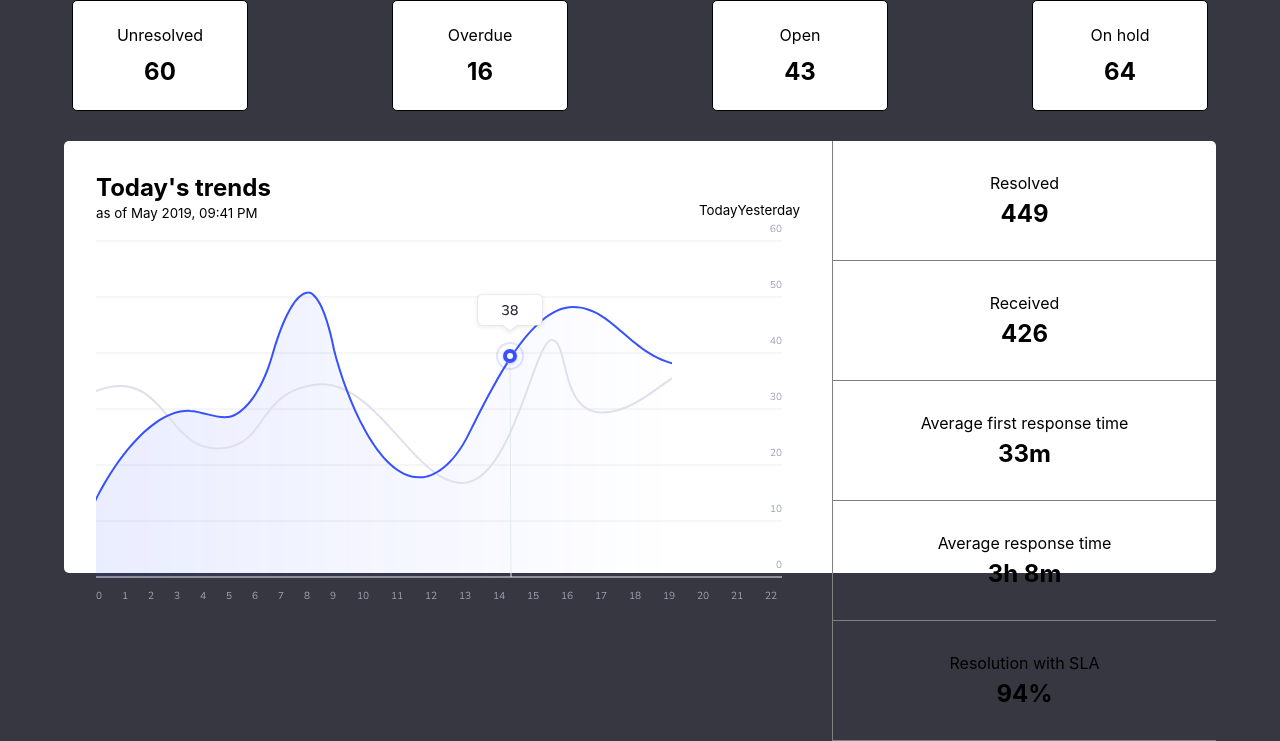
Repository: BuduCE/dashboard
Page: /
An editor plug-in stored every save of this project. The page is shown before and after the next save, followed by the edit.
The browser window is 1280 px wide. The pictures show the whole page.
Some web libraries are served in a nearby version. The project was rebuilt for these pictures with package versions that can differ from the ones it lists, and the page was loaded fresh each time.

Above is the page before, as saved 2022-08-03 23:28:29.

### public/index.html
<!DOCTYPE html>
<html lang="en">
  <head>
    <meta charset="utf-8" />
    <link rel="icon" href="%PUBLIC_URL%/favicon.ico" />
    <meta name="viewport" content="width=device-width, initial-scale=1" />
    <meta name="theme-color" content="#000000" />
    <meta
      name="description"
      content="Web site created using create-react-app"
    />
    <link rel="apple-touch-icon" href="%PUBLIC_URL%/logo192.png" />
    <!--
      manifest.json provides metadata used when your web app is installed on a
      user's mobile device or desktop. See https://developers.google.com/web/fundamentals/web-app-manifest/
    -->
    <link rel="manifest" href="%PUBLIC_URL%/manifest.json" />
    <!--
      Notice the use of %PUBLIC_URL% in the tags above.
      It will be replaced with the URL of the `public` folder during the build.
      Only files inside the `public` folder can be referenced from the HTML.

      Unlike "/favicon.ico" or "favicon.ico", "%PUBLIC_URL%/favicon.ico" will
      work correctly both with client-side routing and a non-root public URL.
      Learn how to configure a non-root public URL by running `npm run build`.
    -->

    <!-- Font-Awesome  -->
    <link
      rel="stylesheet" href="https://cdnjs.cloudflare.com/ajax/libs/font-awesome/6.1.1/css/all.min.css" integrity="sha512-KfkfwYDsLkIlwQp6LFnl8zNdLGxu9YAA1QvwINks4PhcElQSvqcyVLLD9aMhXd13uQjoXtEKNosOWaZqXgel0g==" crossorigin="anonymous" referrerpolicy="no-referrer"
    />
    <title>Admin Dashboard</title>
  </head>
  <body>
    <noscript>You need to enable JavaScript to run this app.</noscript>
    <div id="root"></div>
    <!--
      This HTML file is a template.
      If you open it directly in the browser, you will see an empty page.

      You can add webfonts, meta tags, or analytics to this file.
      The build step will place the bundled scripts into the <body> tag.

      To begin the development, run `npm start` or `yarn start`.
      To create a production bundle, use `npm run build` or `yarn build`.
    -->
  </body>
</html>

### src/index.css
* {
  margin: 0;
  padding: 0;
  box-sizing: border-box;
}
body {
  margin: 0;
  font-family: -apple-system, BlinkMacSystemFont, 'Segoe UI', 'Roboto', 'Oxygen',
    'Ubuntu', 'Cantarell', 'Fira Sans', 'Droid Sans', 'Helvetica Neue',
    sans-serif;
  -webkit-font-smoothing: antialiased;
  -moz-osx-font-smoothing: grayscale;
  background: rgba(54, 55, 64, 1);
}

code {
  font-family: source-code-pro, Menlo, Monaco, Consolas, 'Courier New',
    monospace;
}

### src/App.js
import './App.css';
import Overview from './pages/Overview';
// import Header from './components/common/Header';
// import Sidenav from './components/common/SideNav';
// import Login from './pages/Login';

function App() {
  return (
    <div className="App">
      <Overview />
    </div>
  );
}

export default App;

### src/pages/Overview/index.jsx
import React from 'react'
import './styles.css'
import TrendMap from './graph.svg'

const Overview = () => {
  return (
    <div className='overview_pg'>
        {/* Specific status */}
        <div className="overview_stat">
            <div className="overview_info">
                <p>Unresolved</p>
                <h2>60</h2>
            </div>
            <div className="overview_info">
                <p>Overdue</p>
                <h2>16</h2>
            </div>
            <div className="overview_info">
                <p>Open</p>
                <h2>43</h2>
            </div>
            <div className="overview_info">
                <p>On hold</p>
                <h2>64</h2>
            </div>
        </div>

        {/* Today's trend */}
        <div className="trends">
            <div className="trends_head">
                <div className="trends_headT">
                    <div className="trend_title">
                        <h2>Today's trends</h2>
                    </div>
                    <div className="trend_title_stat">
                        <div className="trend_date">
                            <small>as of May 2019, 09:41 PM</small>
                        </div>
                        <div className="trend_day">
                            <small>Today</small>
                            <small>Yesterday</small>
                        </div>
                    </div>
                </div>

                <div className="trends_headB">

                </div>
                <img src={TrendMap} alt="Trend Chart" />
            </div>

            <div className="trends_summary">
                <div className="summary_type">
                    <p>Resolved</p>
                    <h2>449</h2>
                </div>
                <div className="summary_type">
                    <p>Received</p>
                    <h2>426</h2>
                </div>
                <div className="summary_type">
                    <p>Average first response time</p>
                    <h2>33m</h2>
                </div>
                <div className="summary_type">
                    <p>Average response time</p>
                    <h2>3h 8m</h2>
                </div>
                <div className="summary_type">
                    <p>Resolution with SLA</p>
                    <h2>94%</h2>
                </div>
            </div>
        </div>
    </div>
  )
}

export default Overview

### src/pages/Overview/styles.css
.overview_stat{
    display: grid;
    grid-template-columns: 1fr 1fr 1fr 1fr;
    /* justify-content: space-evenly; */
    width: 100%;
}
.overview_info{
    display: flex;
    flex-direction: column;
    text-align: center;
    border: 1px solid;
    border-radius: 5px;
    padding: 24px 32px;
    background: #fff;
    box-shadow: 15px;
    width: 55%;
    margin: auto;
}
.overview_info p{
    padding-bottom: 12px;
}

/* trend  */
.trends{
    width: 90%;
    background: #fff;
    margin: auto;
    border-radius: 5px;
    height: 60vh;
    margin-top: 30px;
    display: grid;
    grid-template-columns: 2fr 1fr;
}
.trends_head{
    padding: 32px;
}
.trend_title_stat{
    display: flex;
    justify-content: space-between;
}
.trend_day{
    display: flex;
    justify-content: space-evenly;
}
.trends_head img{
    /* width: 80%; */
}

/* summary  */
.trends_summary{
    display: grid;
    grid-template-rows: 1fr 1fr 1fr 1fr 1fr;
}
.summary_type{
    padding: 32px;
    border-left: 1px solid grey;
    border-bottom: 1px solid grey;
    text-align: center;
}
.summary_type p{
    margin-bottom: 6px;
}

Loaded but not shown: src/index.js (common file); src/reportWebVitals.js (common file); src/App.css (common file)

After the next save:
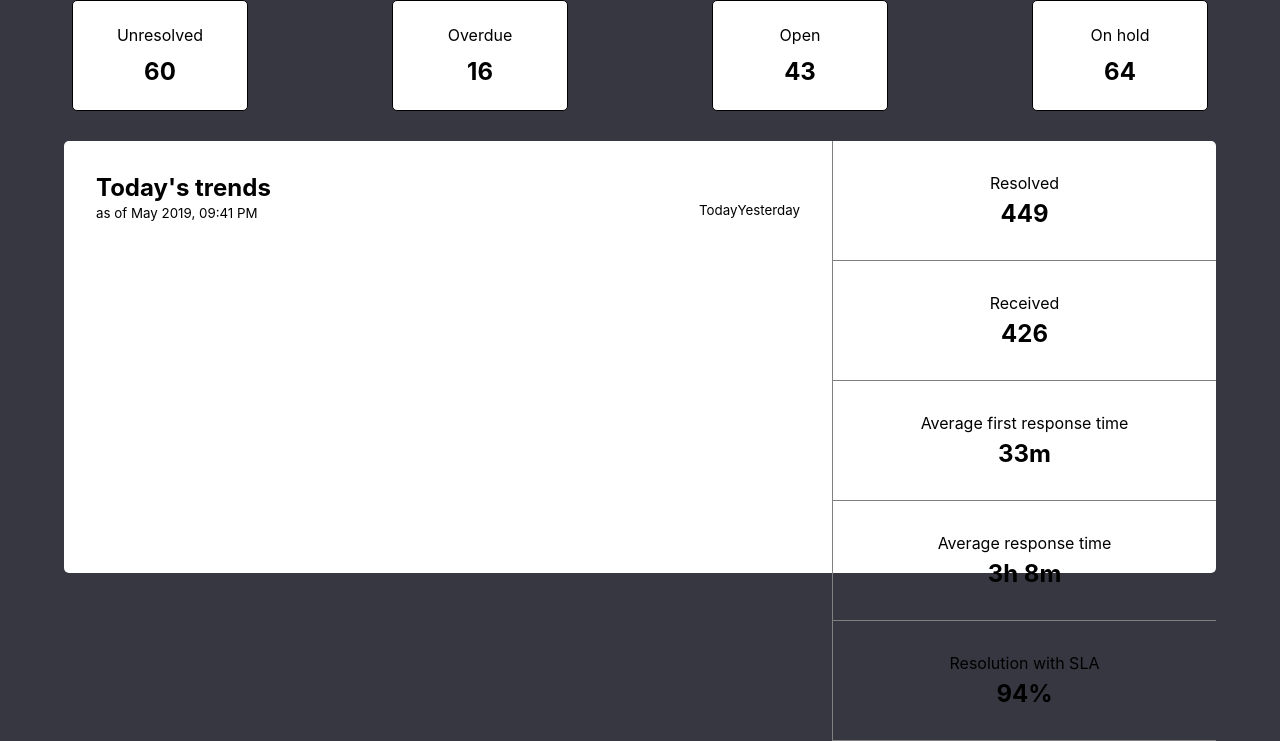
Saved 6 s later.
--- a/src/pages/Overview/index.jsx
+++ b/src/pages/Overview/index.jsx
@@ -46,7 +46,6 @@
                 <div className="trends_headB">
 
                 </div>
-                <img src={TrendMap} alt="Trend Chart" />
             </div>
 
             <div className="trends_summary">

After the save that followed:
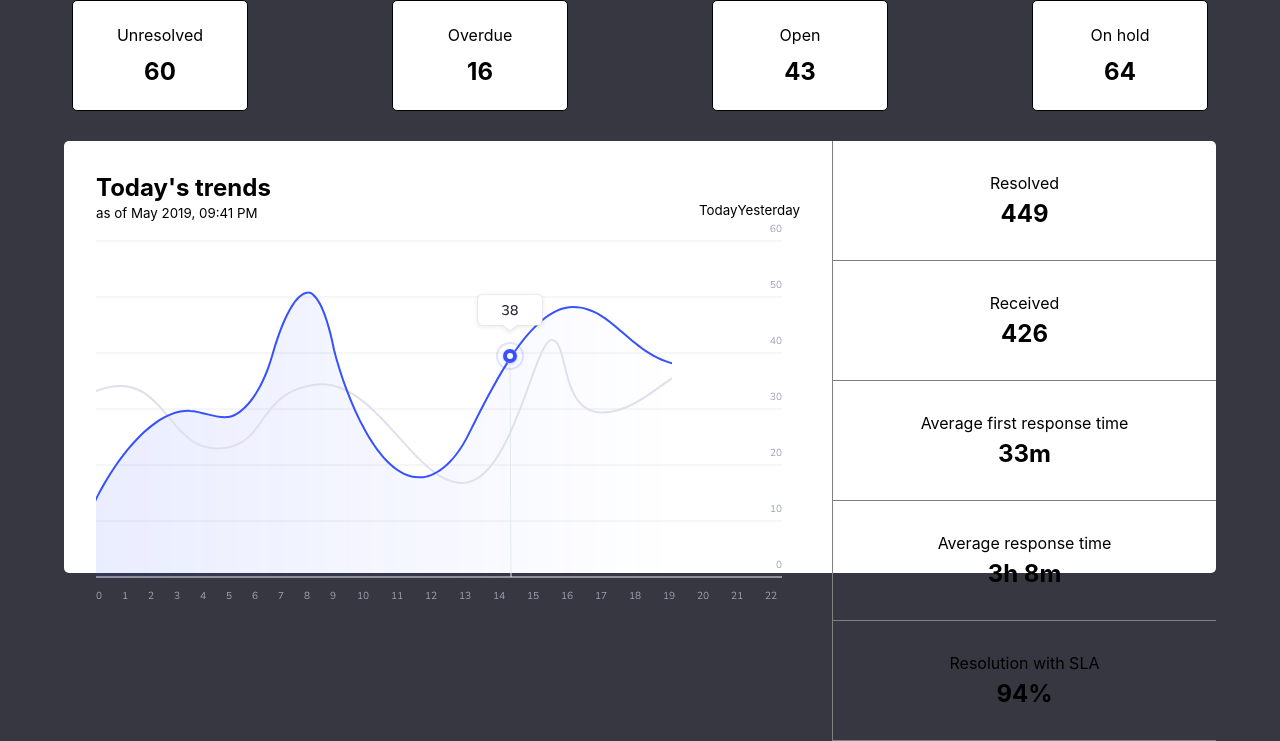
Saved 4 s later.
--- a/src/pages/Overview/index.jsx
+++ b/src/pages/Overview/index.jsx
@@ -44,7 +44,7 @@
                 </div>
 
                 <div className="trends_headB">
-
+                <img src={TrendMap} alt="Trend Chart" />
                 </div>
             </div>
 
